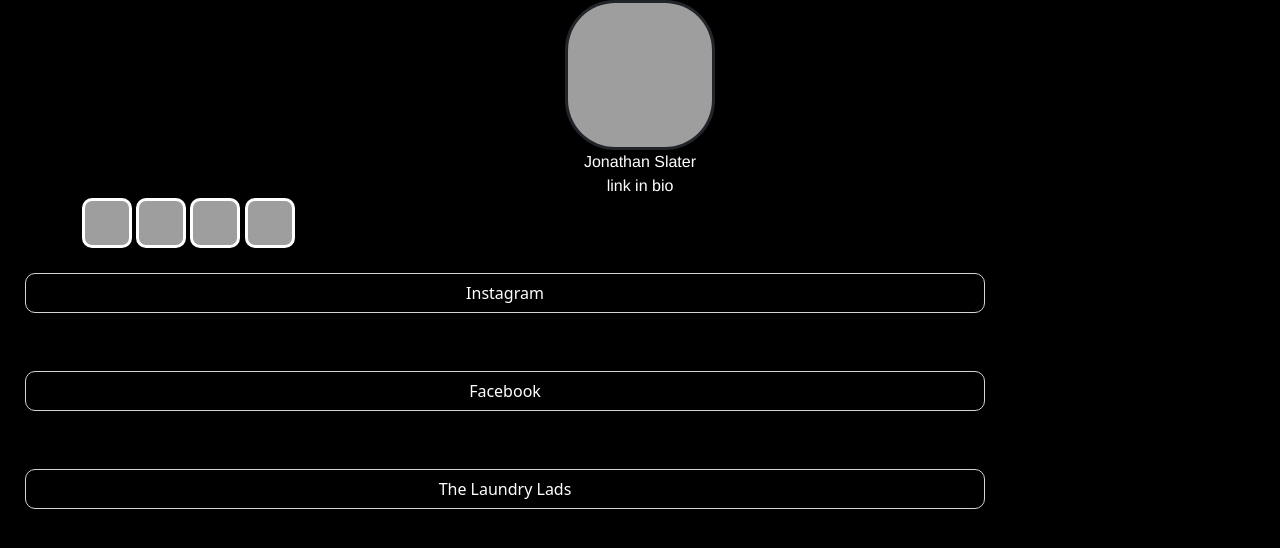
Repository: jontslater/LAB-link-in-bio
Page: index.html
These files come from the project's save history. The page is drawn as it stood at one moment and after the next save; the edit follows.
The browser window is 1280 px wide. The pictures show the whole page.
Pictures or frames that could not be fetched are drawn as grey boxes.

Above is the page before, as saved 2023-10-15 15:39:14.

After the next save:
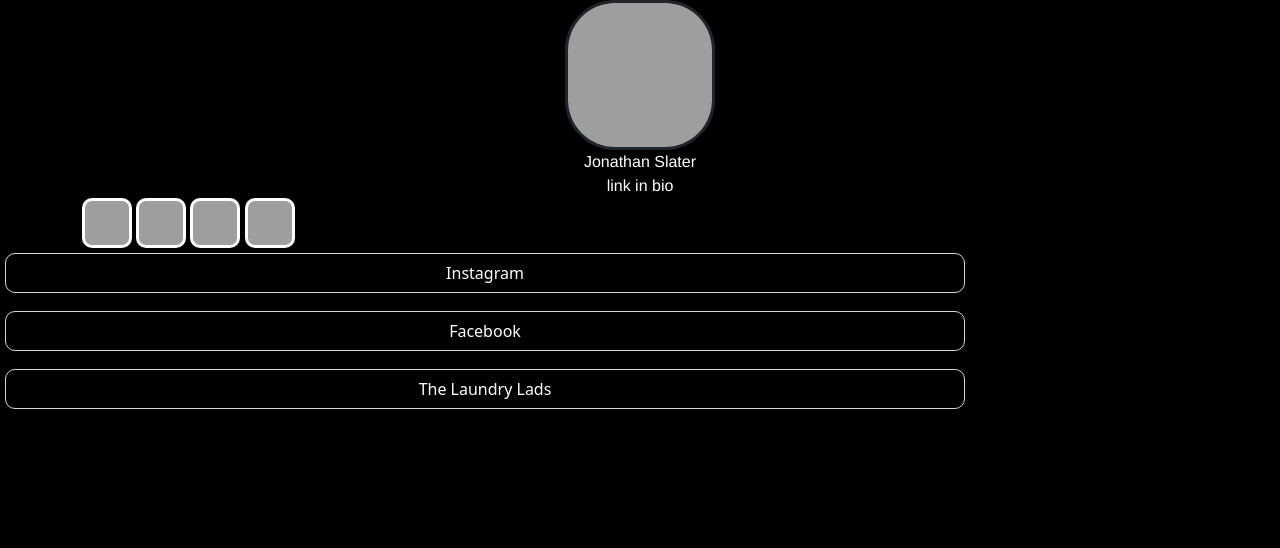
Saved 9 s later.
--- a/main.css
+++ b/main.css
@@ -11,7 +11,7 @@
   width: 75%;
   height: 40px;
   border-radius: 10px;
-  margin: 25px;
+  margin: 5px;
 
 }
 
